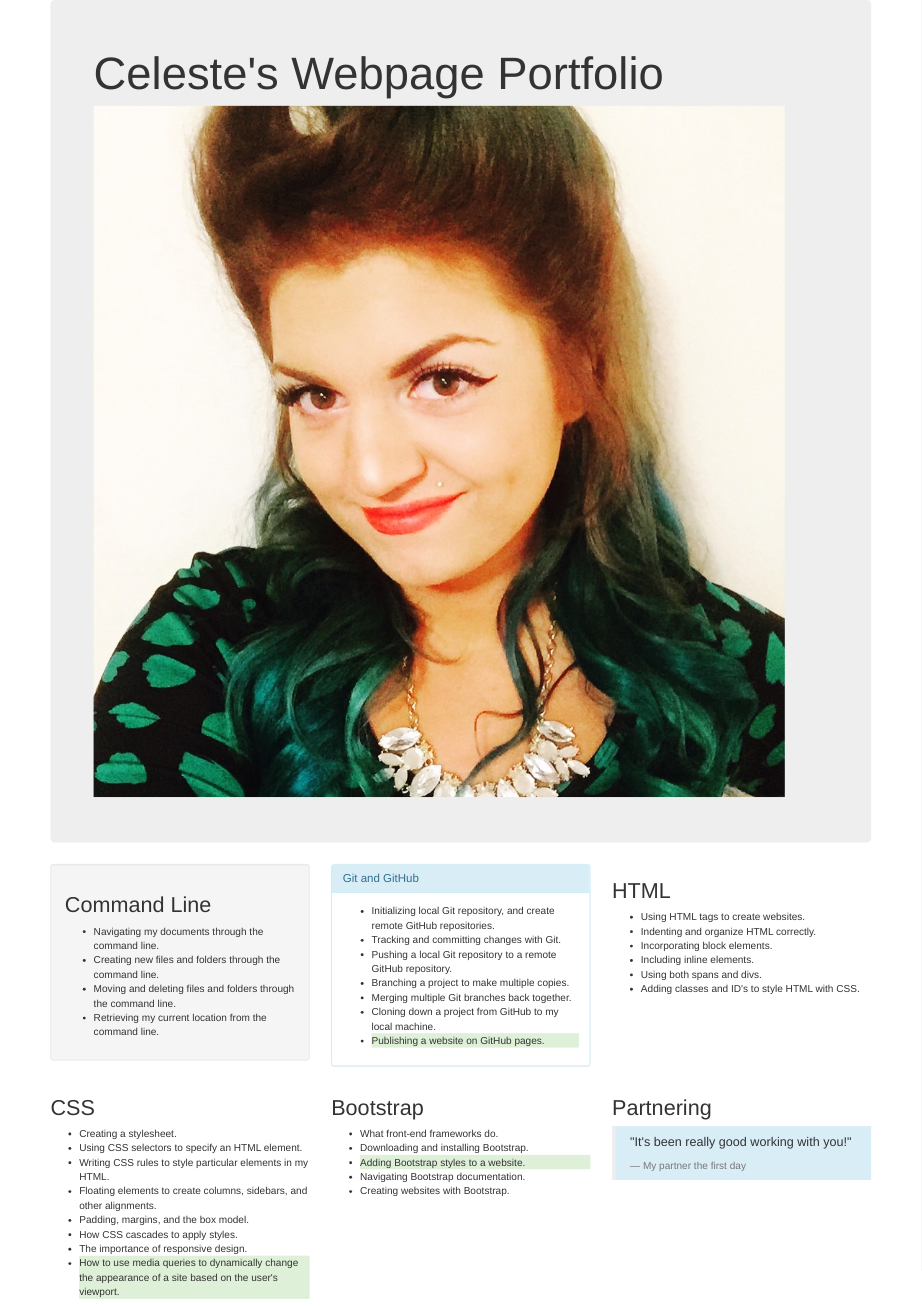
Repository: fieldceleste/portfolio-celeste
Page: portfolio-celeste.html
These files come from the project's save history. The page is drawn as it stood at one moment and after the next save; the edit follows.
The browser window is 1280 px wide. The pictures show the whole page, at 72% of full size.

Above is the page before, as saved 2019-11-01 11:43:07.

After the next save:
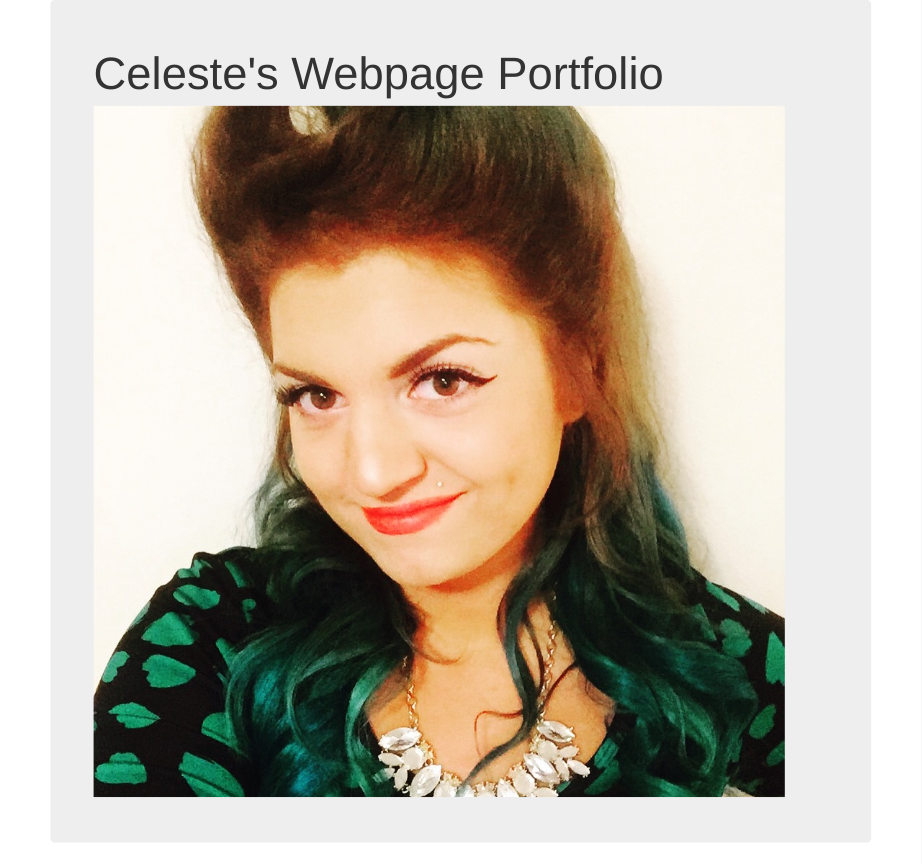
Saved 8 min 16 s later.
--- a/portfolio-celeste.html
+++ b/portfolio-celeste.html
@@ -11,81 +11,6 @@
         <p>
           <img src="img/celeste.jpeg" class=".img-fluid" alt="photo of celeste field">
         </p>
-      </div>
-      <div class="row">
-        <div class="col-md-4">
-          <div class="well">
-            <h2>Command Line</h2>
-            <ul>
-              <li>Navigating my documents through the command line.</li>
-              <li>Creating new files and folders through the command line.</li>
-              <li>Moving and deleting files and folders through the command line.</li>
-              <li>Retrieving my current location from the command line.</li>
-            </ul>
-          </div>
-        </div>
-        <div class="col-md-4">
-          <div class="panel panel-info">
-            <div class="panel-heading">
-              <h2 class="panel-title">Git and GitHub</h2>
-            </div>
-            <div class="panel-body">
-              <ul>
-                <li>Initializing local Git repository, and create remote GitHub repositories.</li>
-                <li>Tracking and committing changes with Git.</li>
-                <li>Pushing a local Git repository to a remote GitHub repository.</li>
-                <li>Branching a project to make multiple copies.</li>
-                <li>Merging multiple Git branches back together.</li>
-                <li>Cloning down a project from GitHub to my local machine.</li>
-                <li class="bg-success">Publishing a website on GitHub pages.</li>
-              </ul>
-            </div>
-          </div>
-        </div>
-        <div class="col-md-4">
-          <h2>HTML</h2>
-          <ul>
-            <li>Using HTML tags to create websites.</li>
-            <li>Indenting and organize HTML correctly.</li>
-            <li>Incorporating block elements.</li>
-            <li>Including inline elements.</li>
-            <li>Using both spans and divs.</li>
-            <li>Adding classes and ID's to style HTML with CSS.</li>
-          </ul>
-        </div>
-      </div>
-      <div class="row">
-        <div class="col-md-4">
-          <h2>CSS</h2>
-          <ul>
-            <li>Creating a stylesheet.</li>
-            <li>Using CSS selectors to specify an HTML element.</li>
-            <li>Writing CSS rules to style particular elements in my HTML.</li>
-            <li>Floating elements to create columns, sidebars, and other alignments.</li>
-            <li>Padding, margins, and the box model.</li>
-            <li>How CSS cascades to apply styles.</li>
-            <li>The importance of responsive design.</li>
-            <li class="bg-success">How to use media queries to dynamically change the appearance of a site based on the user's viewport.</li>
-          </ul>
-        </div>
-        <div class="col-md-4">
-          <h2>Bootstrap</h2>
-          <ul>
-            <li>What front-end frameworks do.</li>
-            <li>Downloading and installing Bootstrap.</li>
-            <li class="bg-success">Adding Bootstrap styles to a website.</li>
-            <li>Navigating Bootstrap documentation.</li>
-            <li>Creating websites with Bootstrap.</li>
-          </ul>
-        </div>
-        <div class="col-md-4">
-          <h2>Partnering</h2>
-          <blockquote class="bg-info">
-            <p>"It's been really good working with you!"</p>
-            <footer>My partner the first day</footer>
-          </blockquote>
-        </div>
-      </div>
-    </div>
+
   </body>
 </html>
